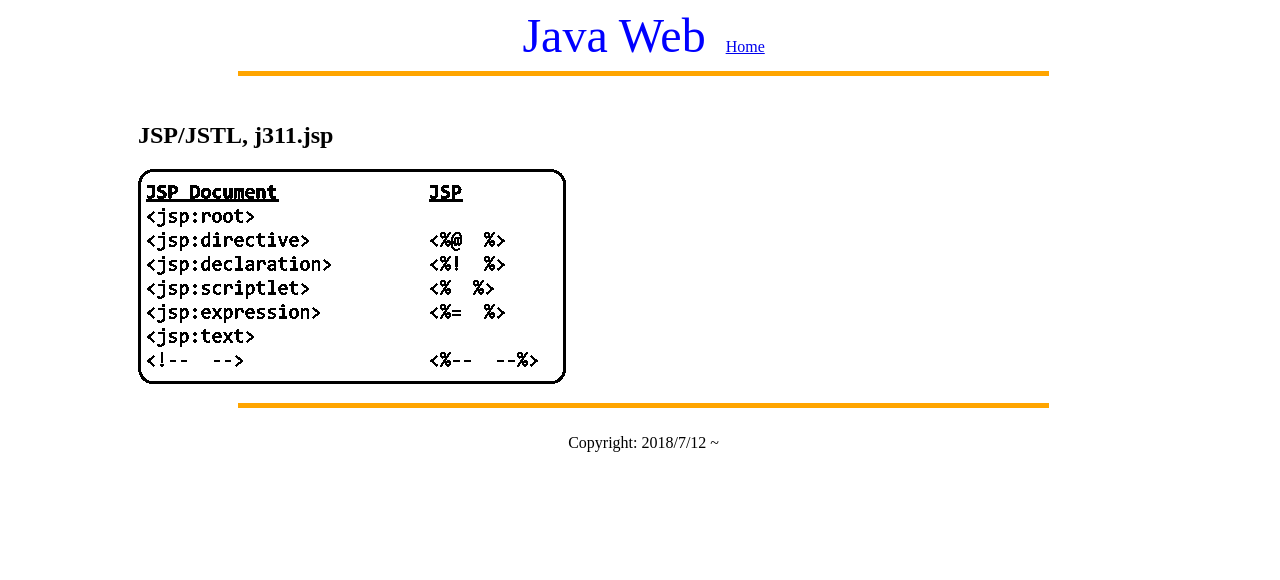
Repository: anxhuang/Java_Web
Page: http://localhost/code/j311.jsp
These files come from the project's save history. The page is drawn as it stood at one moment and after the next save; the edit follows.
The browser window is 1280 px wide. The pictures show the whole page.
The page is served by Tomcat 9. Other server files are loaded and not shown.

Above is the page before, as saved 2018-07-24 11:35:54.

### code/WebContent/j311.jsp
<%@ page language="java"  pageEncoding="UTF-8"%>
<!DOCTYPE html PUBLIC "-//W3C//DTD HTML 4.01 Transitional//EN" "http://www.w3.org/TR/html4/loose.dtd">
<html>
<head>
<meta http-equiv="Content-Type" content="text/html; charset=BIG5">
<title>Insert title here</title>
</head>
<body>

	<%@ include file="banner.jsp" %>

	<div>
		<h2>JSP/JSTL, j311.jsp</h2>
		<img src="JSP.bmp"><br><h3>

		</h3>
	</div>

	<%@ include file="footer.jsp" %>

</body>
</html>

### code/WebContent/banner.jsp
<%@ page language="java" pageEncoding="UTF-8"%>
<!DOCTYPE html PUBLIC "-//W3C//DTD HTML 4.01 Transitional//EN" "http://www.w3.org/TR/html4/loose.dtd">
<html>
<head>
<title>Insert title here</title>
<style>
	div{
		width: 80%;
		margin-left: 130px;
	}
</style>
</head>
<body>

	<div align="center">
		<font size="36" color="blue">Java Web</font> &nbsp; &nbsp; <a href="index.html">Home</a><br>
		<hr width="80%" color="orange" size="5"><br>
	</div>
<!--
</body>
</html>
 -->

### code/WebContent/footer.jsp
<!--<%@ page language="java" pageEncoding="UTF-8"%>
<!DOCTYPE html PUBLIC "-//W3C//DTD HTML 4.01 Transitional//EN" "http://www.w3.org/TR/html4/loose.dtd">
<html>
<head>
<title>Insert title here</title>
<style>
	div{
		width: 80%;
		margin-left: 130px;
	}
</style>
</head>
<body>
-->
	<div align="center">
		<hr width="80%" color="orange" size="5"><br>
		Copyright: 2018/7/12 ~
	</div>

</body>
</html>

After the next save:
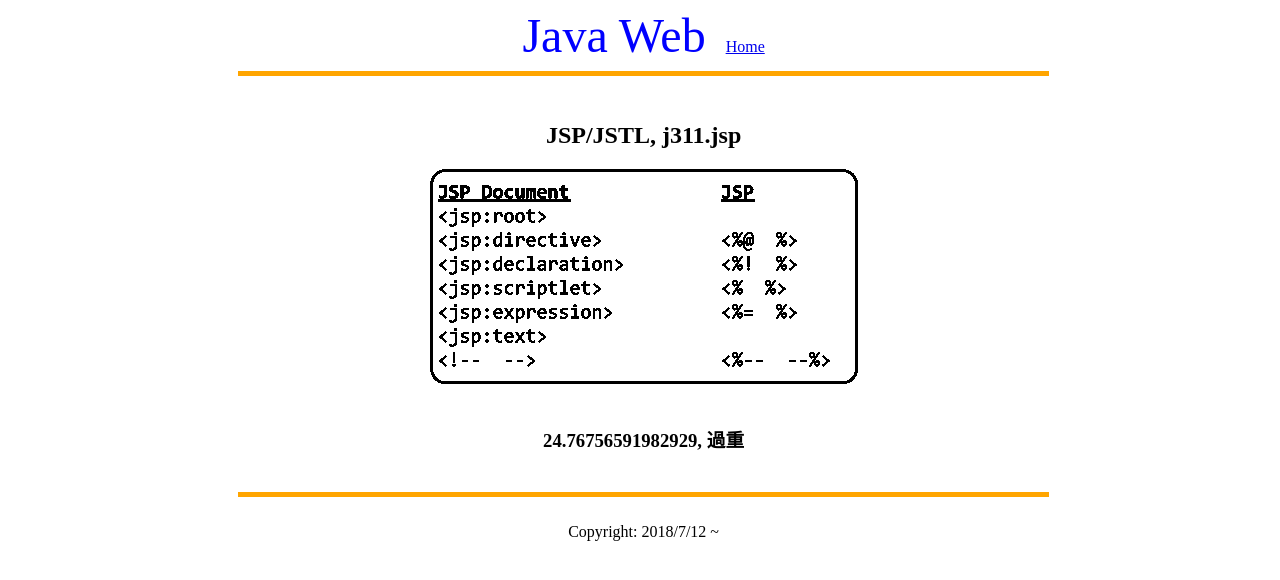
Saved 12 min 57 s later.
--- a/code/WebContent/j311.jsp
+++ b/code/WebContent/j311.jsp
@@ -1,18 +1,33 @@
 <%@ page language="java"  pageEncoding="UTF-8"%>
+
+<%@ taglib uri="http://java.sun.com/jsp/jstl/core" prefix="c" %>
+
 <!DOCTYPE html PUBLIC "-//W3C//DTD HTML 4.01 Transitional//EN" "http://www.w3.org/TR/html4/loose.dtd">
 <html>
 <head>
-<meta http-equiv="Content-Type" content="text/html; charset=BIG5">
+
 <title>Insert title here</title>
 </head>
 <body>
 
 	<%@ include file="banner.jsp" %>
 
-	<div>
+	<div align="center" id="div1">
 		<h2>JSP/JSTL, j311.jsp</h2>
 		<img src="JSP.bmp"><br><h3>
 
+		<c:set var="w" scope="session" value="65" />
+		<c:set var="h" scope="session" value="1.62" />
+		<c:set var="bmi" scope="session" value="${w/h/h }" />
+		<c:if test="${bmi >= 18 && bmi <=24 }">
+			<c:out value="${bmi }"></c:out>, 標準
+		</c:if><br>
+		<c:if test="${bmi > 24 }">
+			<c:out value="${bmi }"></c:out>, 過重
+		</c:if><br>
+		<c:if test="${bmi < 18 }">
+			<c:out value="${bmi }"></c:out>, 過輕
+		</c:if><br>
 		</h3>
 	</div>
 
